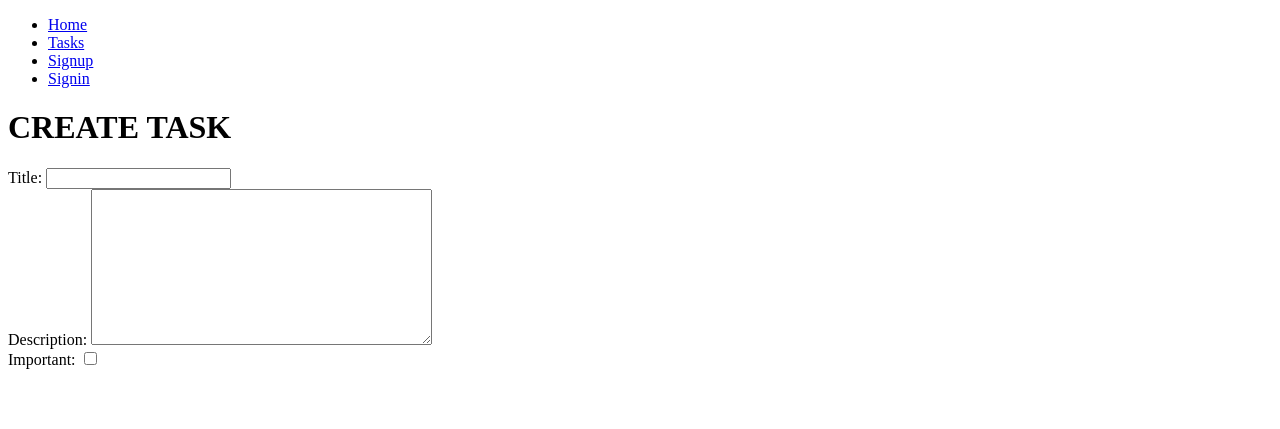
Repository: Andres250602/auth.django
Page: http://localhost/create/task
The author's editor kept a copy of each file at every save. The page is drawn from the files as they stood at one save, then again after the next save.
The browser window is 1280 px wide. The pictures show the whole page.
The page is served by the project's application, run on Django 5.2 (manage.py).

Above is the page before, as saved 2024-04-11 17:47:39.

After the next save:
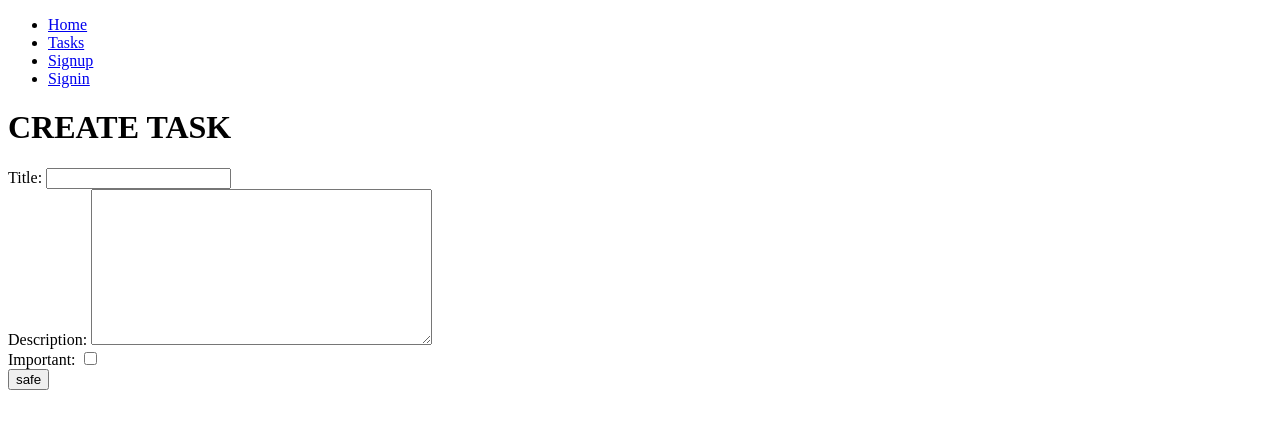
Saved 91 s later.
--- a/myapp/templates/create_task.html
+++ b/myapp/templates/create_task.html
@@ -7,6 +7,9 @@
 <form action="/create/task" method="POST">
 
     {{form}}
+    <button>
+        safe
+    </button>
 
 </form>
 
